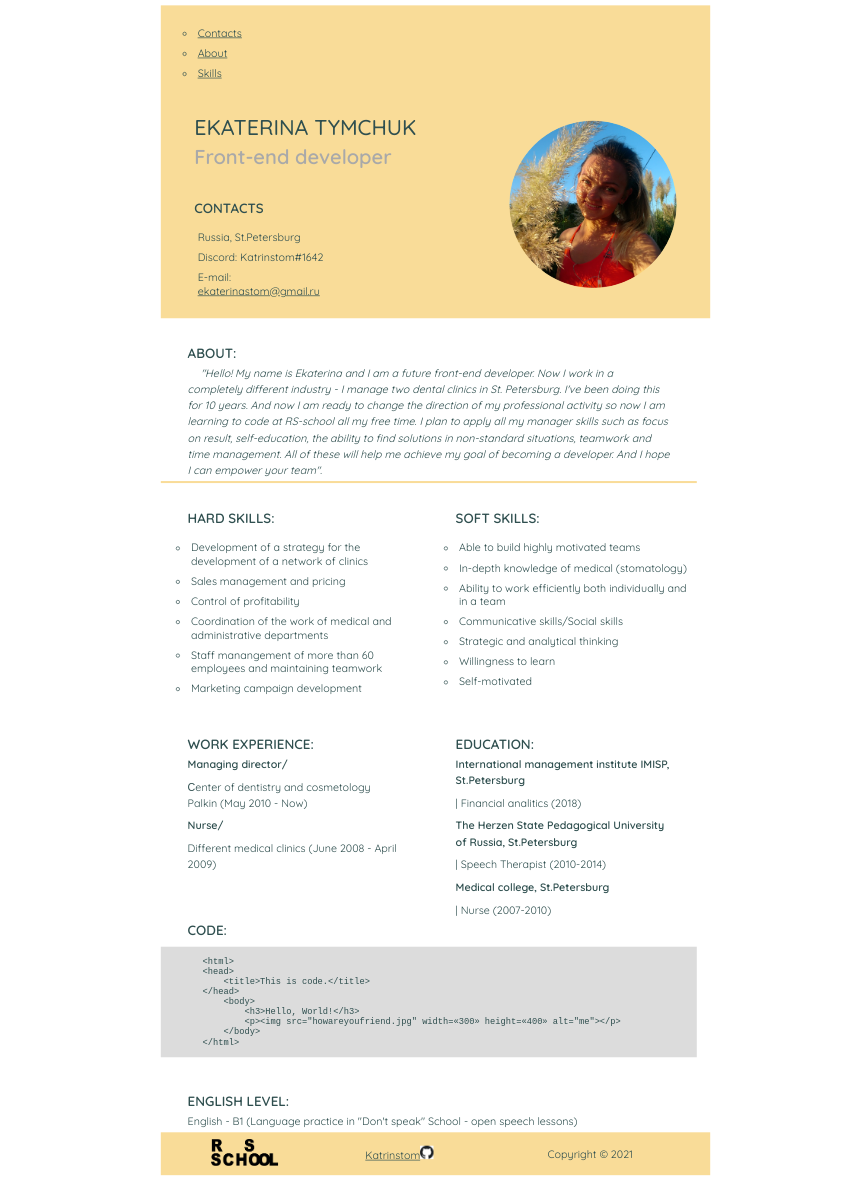
Repository: Katrinstom/rsschool-cv
Page: index.html
These files come from the project's save history. The page is drawn as it stood at one moment and after the next save; the edit follows.
The browser window is 1280 px wide. The pictures show the whole page, at 67% of full size.

Above is the page before, as saved 2022-01-02 18:45:51.

After the next save:
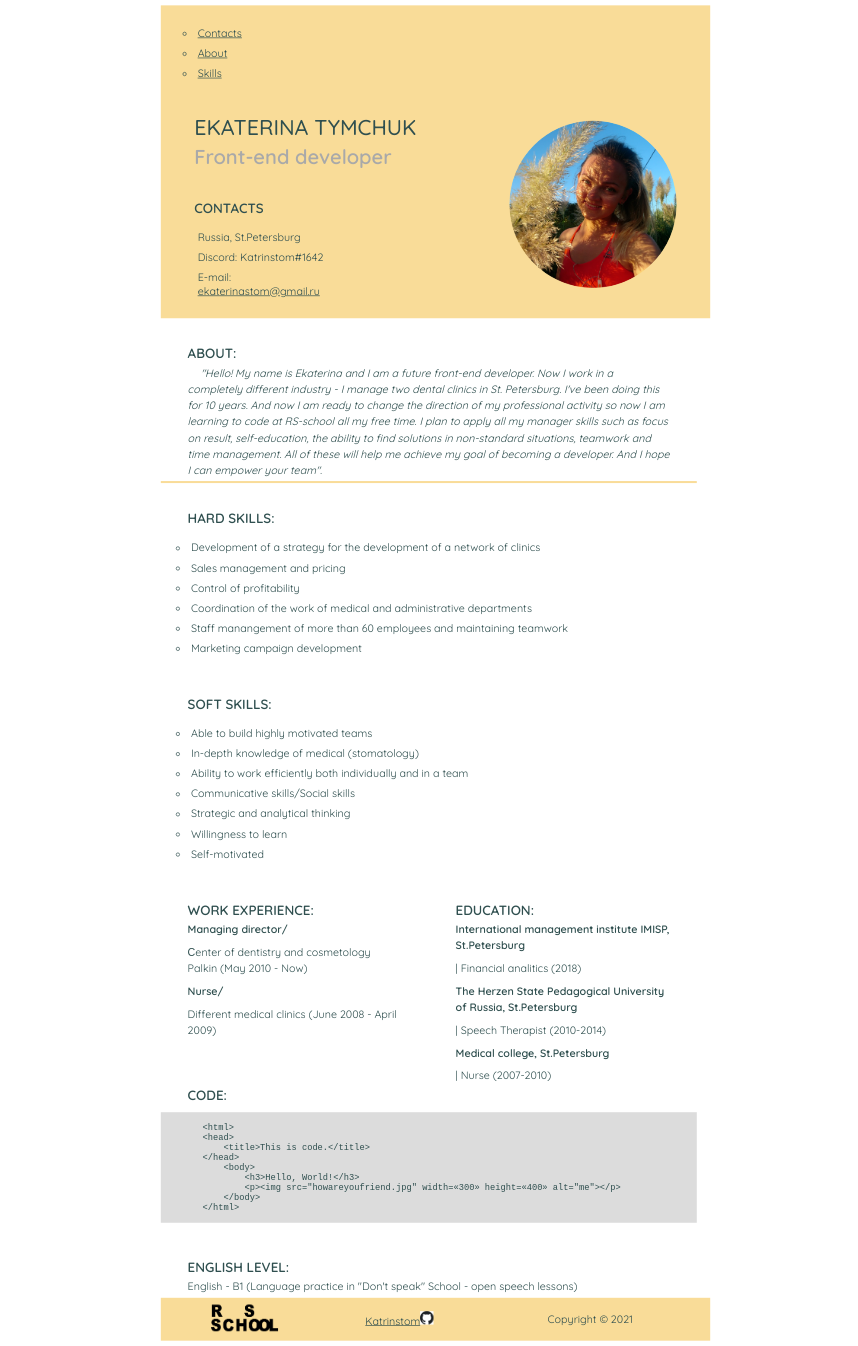
Saved 3 min 10 s later.
--- a/index.html
+++ b/index.html
@@ -37,7 +37,7 @@
             </div>
         </article>
         <section>
-            <div class="blockleft">
+            <div class="skills">
                 <h4>Hard skills:</h4>
                 <ul>
                     <li>Development of a strategy for the development of a network of clinics</li>
@@ -48,7 +48,7 @@
                     <li>Marketing campaign development</li>
                 </ul>
             </div>
-            <div class="blockleft">
+            <div class="skills">
                 <h4>Soft skills:</h4>
                 <ul>
                     <li>Able to build highly motivated teams</li>
